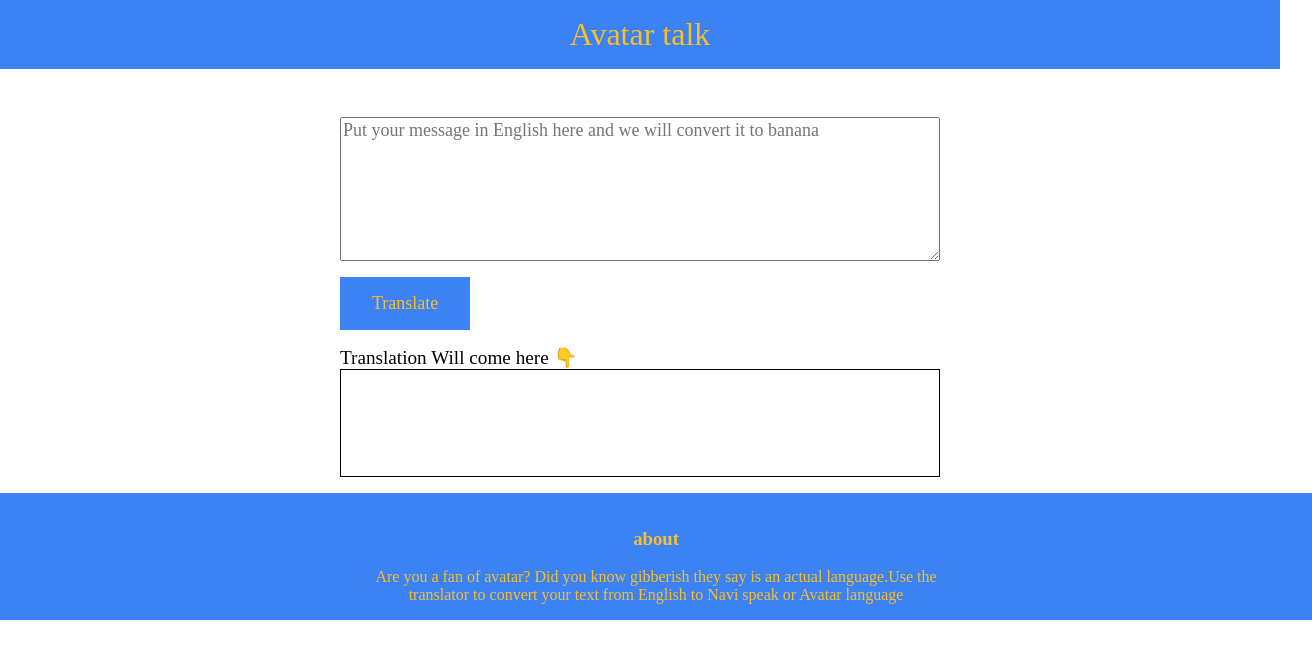
Repository: sohan2503001/Avator-speak
Page: index.html
These files come from the project's save history. The page is drawn as it stood at one moment and after the next save; the edit follows.
The browser window is 1280 px wide. The page is 1312 px wide, so the pictures cover 1312 px, including what lies to the right of the window. The pictures show the whole page.

Above is the page before, as saved 2021-04-21 12:25:23.

### index.html
<!DOCTYPE html>
<html lang="en">

<head>
    <meta charset="UTF-8">
    <meta http-equiv="X-UA-Compatible" content="IE=edge">
    <meta name="viewport" content="width=device-width, initial-scale=1.0">
    <title>Avatar Speak</title>
    <link rel="stylesheet" href="style.css">
</head>

<body>
    <nav>
        <div class="head">Avatar talk</div>
    </nav>

    <main>
        <textarea id="txt-input"
            placeholder="Put your message in English here and we will convert it to banana"></textarea>
        <button id="btn-translate">Translate</button>
        <div style="font-size: larger;">Translation Will come here 👇</div>
        <div id="output"></div>
    </main>

    <footer class="footer">
        <h3 >about</h3>
        <p >Are you a fan of avatar? Did you know gibberish they
            say is an actual language.Use the translator to convert
            your text from English to Navi speak or Avatar language</p>
    </footer>
    <script src="app.js" type="text/javascript"></script>
</body>

</html>

### style.css
@import url('https://fonts.googleapis.com/css2?family=Ubuntu+Mono:ital@1&display=swap');

:root{
    --primary-color:#3B82F6;
    --width-break:600px;
    --secondary-color:#FBBF24;
}

body{
    margin: 0;
    font-family: 'Ubuntu' , cursive;
}

/**header**/
nav{
    background-color: var(--primary-color);
    text-align: center;
}

.head{
    font-size: 2rem;
    padding: 1rem;
    color: var(--secondary-color);
}

/**Center**/
main{
    margin: auto;
    padding: 1rem;
    max-width: var(--width-break);
}

textarea{
    box-sizing: border-box;
    width: 100%;
    min-height: 20vh;
    display: block;
    margin-top: 2rem;
    font-family: inherit;
    font-size: large;
}

#btn-translate{
    padding: 1rem 2rem;
    margin: 1rem 0rem;
    background-color: var(--primary-color);
    border: none;
    color: var(--secondary-color);
    font-family: 'Ubuntu' , cursive;
    font-size: large;
}

#output{
    box-sizing: border-box;
    border: 1px solid black;
    min-height: 15vh;
    max-height: 20vh;
    width: 100%;
    font-size: large;
}

/**footer**/
footer{
    background-color: var(--primary-color);
    margin: 0;
    padding: 1rem;
    width: 100%;
    bottom: 0;
    text-align: center;
}

.footer h3{
    color: var(--secondary-color);
}

footer p{
    color: var(--secondary-color);
    margin: auto;
    max-width: var(--width-break);
}

### app.js
var btnTranslate = document.querySelector("#btn-translate");
var txtInput = document.querySelector("#txt-input");
var outputDiv = document.querySelector("#output");

var serverURL = "https://api.funtranslations.com/translate/navi.json"

function getTranslationURL(text) {
    return serverURL + "?" + "text=" + text
}

function clickHandler() {
    var inputText = txtInput.value;
    fetch(getTranslationURL(inputText))
        .then(response => response.json())
        .then(json => {
            var translatedText = json.contents.translated;
            outputDiv.innerHTML = translatedText;
        })
};

btnTranslate.addEventListener("click", clickHandler);

After the next save:
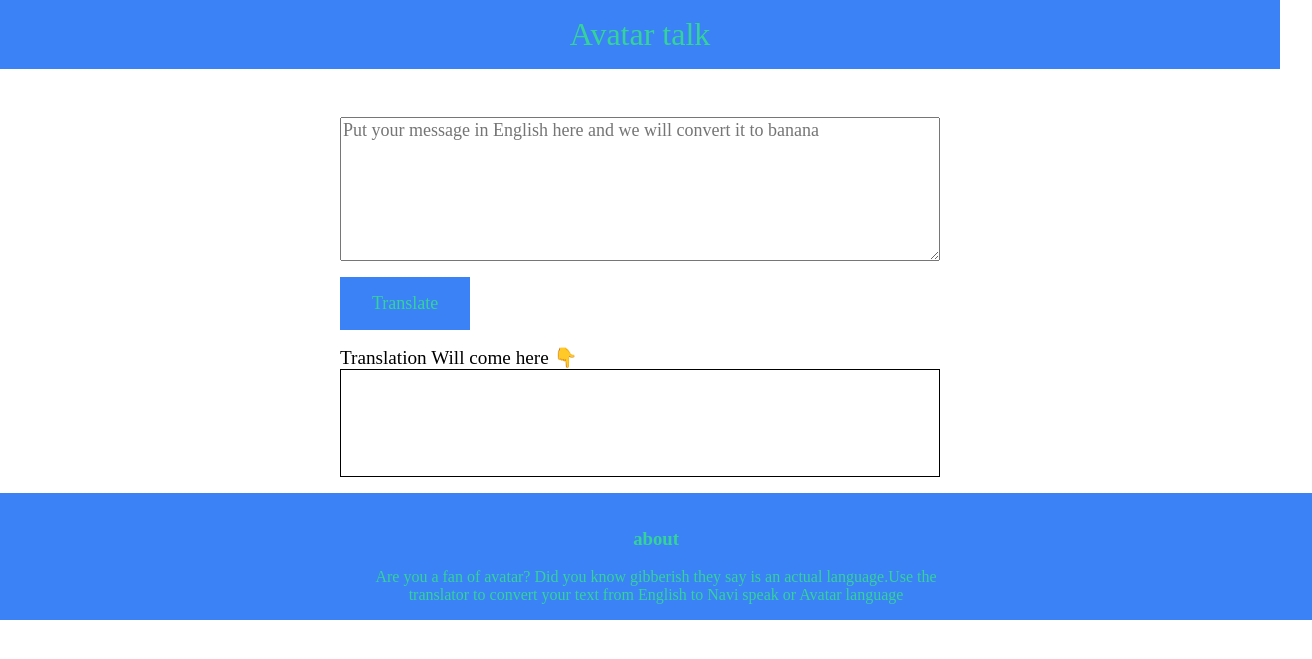
Saved 10 s later.
--- a/style.css
+++ b/style.css
@@ -3,7 +3,7 @@
 :root{
     --primary-color:#3B82F6;
     --width-break:600px;
-    --secondary-color:#FBBF24;
+    --secondary-color:#34D399;
 }
 
 body{
